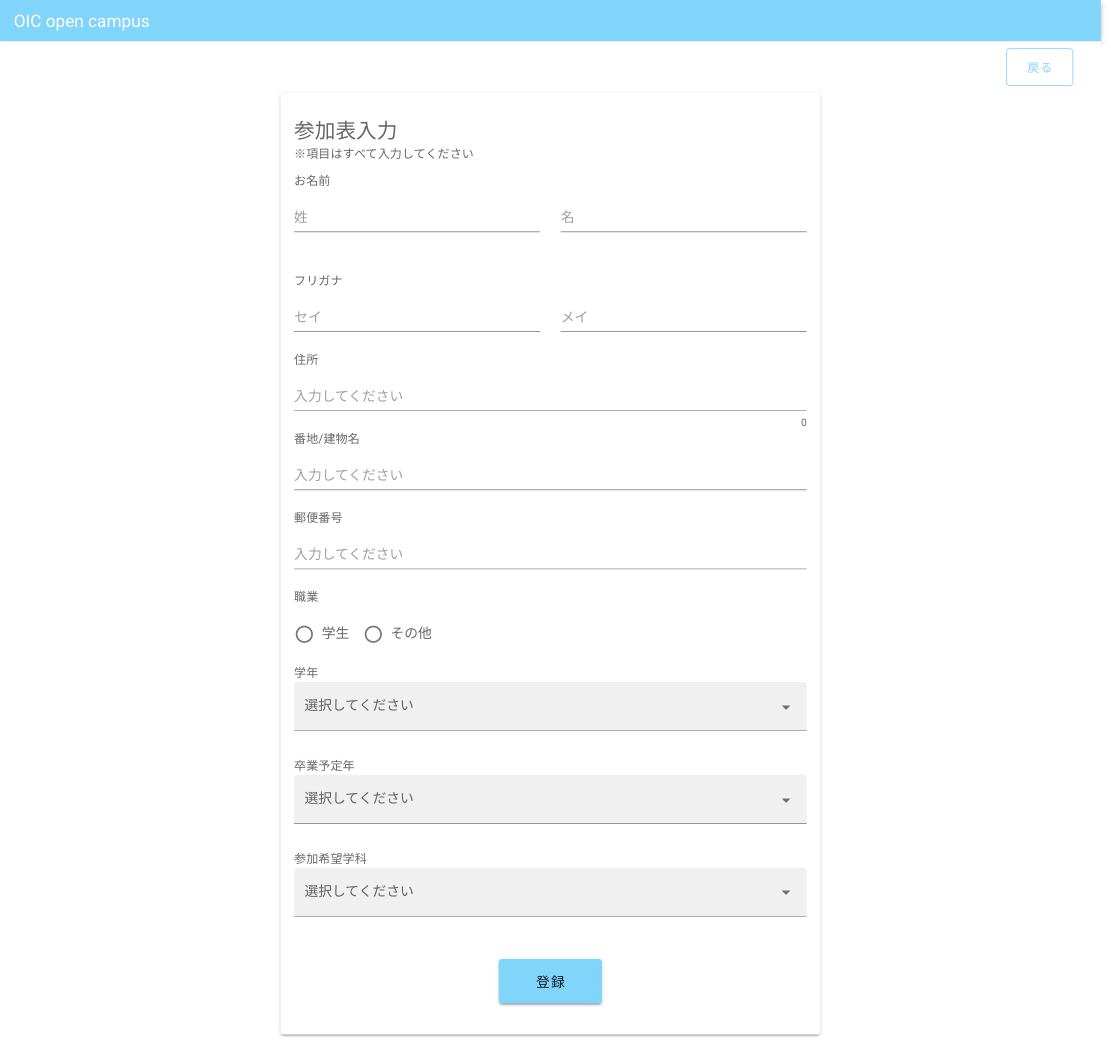
Repository: taniwhy/open-campus-system
Page: /#/register (app in client_view/)
These files come from the project's save history. The page is drawn as it stood at one moment and after the next save; the edit follows.
The browser window is 1280 px wide. The page is 1292 px wide, so the pictures cover 1292 px, including what lies to the right of the window. The pictures show the whole page, at 86% of full size.
The project was rebuilt for these pictures with package versions that can differ from the ones it lists, and the page was loaded fresh each time. Also part of the build but not shown: client_view/vue.config.js, client_view/src/components/Home.vue, client_view/src/components/Login.vue, client_view/src/components/Branch.vue.

Above is the page before, as saved 2019-11-28 10:52:39.

After the next save:
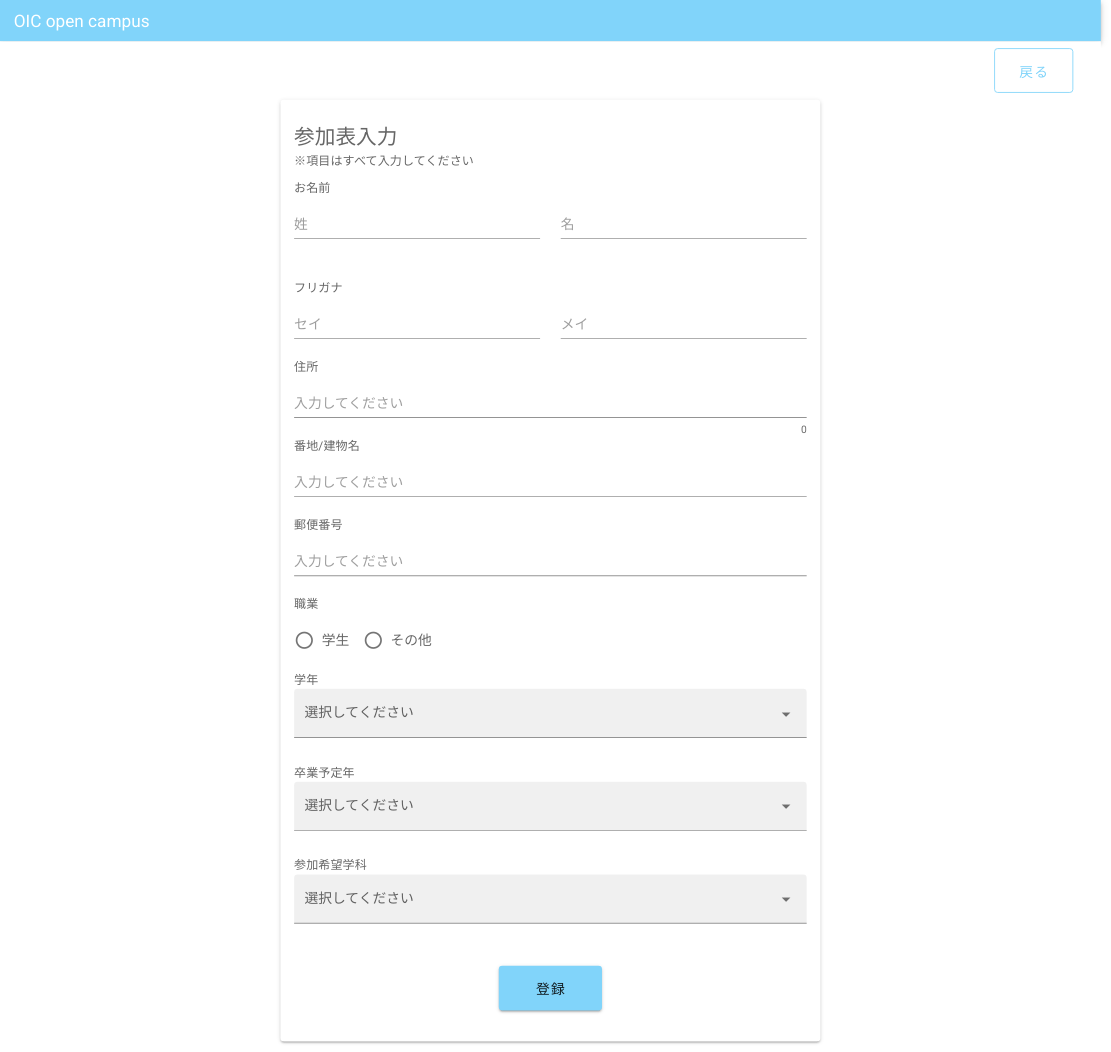
Saved 10 s later.
--- a/client_view/src/components/Register.vue
+++ b/client_view/src/components/Register.vue
@@ -4,7 +4,7 @@
       <v-row>
         <v-col>
           <v-row align="center" justify="end" style="width: 100%;">
-            <v-btn large flat to="/Branch" class="ma-2" outlined color="light-blue lighten-3">戻る</v-btn>
+            <v-btn x-large flat to="/Branch" class="ma-2" outlined color="light-blue lighten-3">戻る</v-btn>
           </v-row>
         </v-col>
       </v-row>
